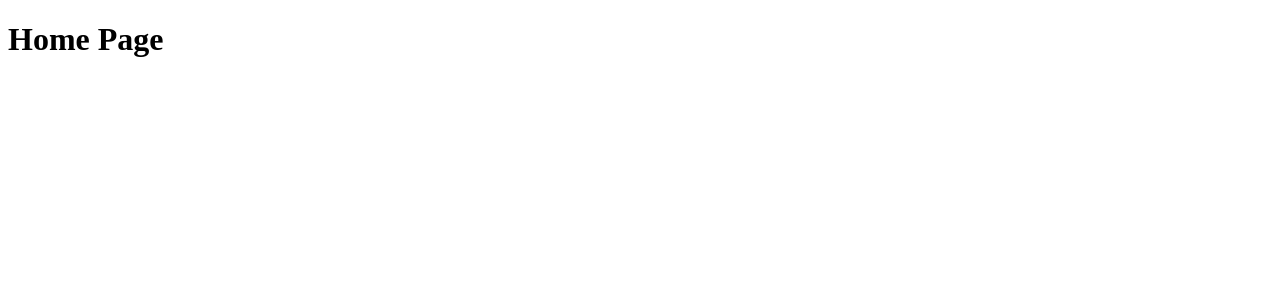
Repository: jeffoneilldev/invitations-django-project
Page: http://localhost/
The author's editor kept a record of every edit. The page is drawn from the files as they stood at one moment, then again after the next edit.
The browser window is 1280 px wide. The pictures show the whole page.
The page is served by the project's application, run on Django 2.2 (manage.py).

Above is the page before.

After the next edit:
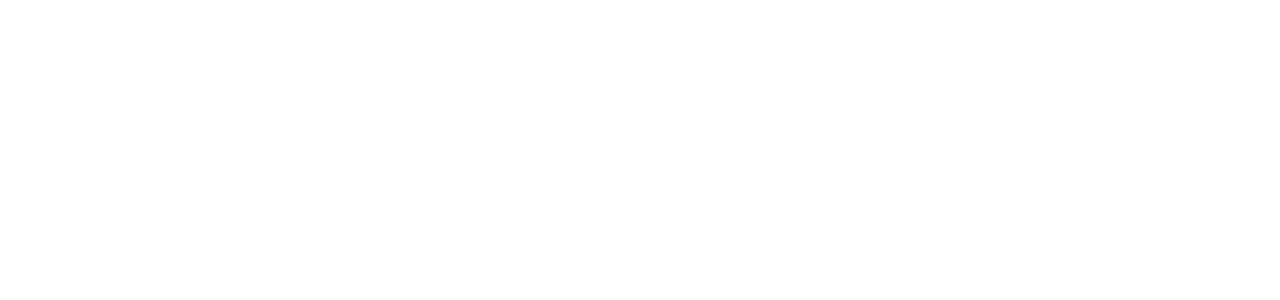
The edit:
--- a/pages/templates/index.html
+++ b/pages/templates/index.html
@@ -1,12 +1,4 @@
-<!DOCTYPE html>
-<html lang="en">
-<head>
-    <meta charset="UTF-8">
-    <meta name="viewport" content="width=device-width, initial-scale=1.0">
-    <meta http-equiv="X-UA-Compatible" content="ie=edge">
-    <title>Home Page</title>
-</head>
-<body>
-    <h1>Home Page</h1>
-</body>
-</html>
+{% extends 'base.html' %}
+{% block content %}
+{% endblock %}
+<h1>Home Page</h1>

After the 2 edits that followed:
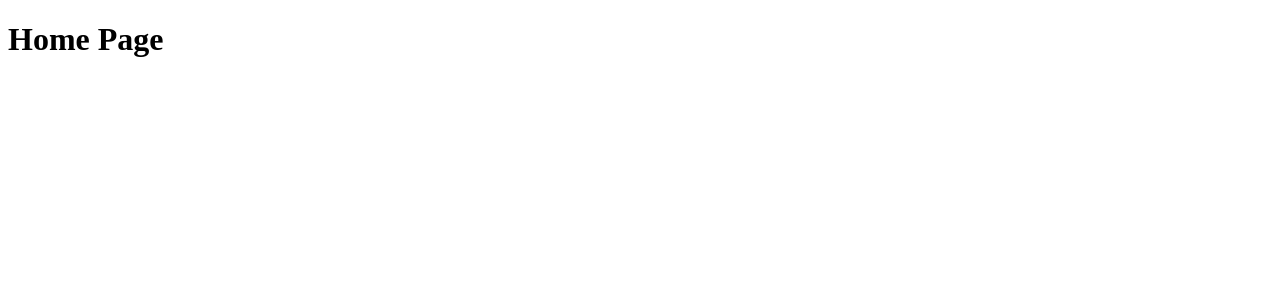
The 2 edits are shown as one change because 1 did not build or start.
The edit:
--- a/pages/templates/index.html
+++ b/pages/templates/index.html
@@ -1,4 +1,6 @@
 {% extends 'base.html' %}
 {% block content %}
+
+<h1>Home Page</h1>
+
 {% endblock %}
-<h1>Home Page</h1>
